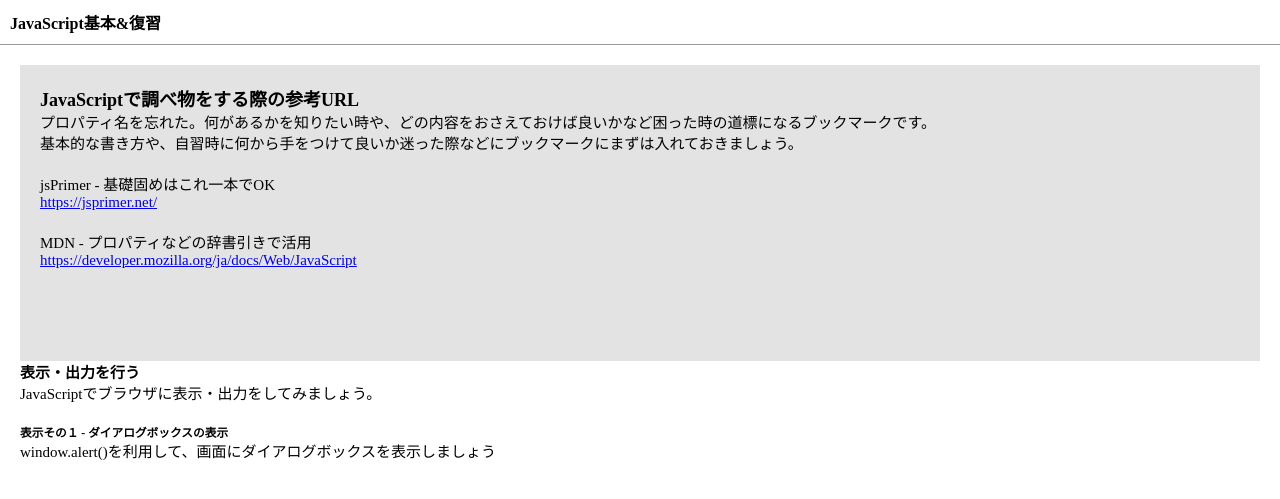
Repository: Yuto-Arakawa/study_js
Page: 01_basic/荒川/ara_basic01.html
An editor plug-in stored every save of this project. The page is shown before and after the next save, followed by the edit.
The browser window is 1280 px wide. The pictures show the whole page.

Above is the page before, as saved 2026-11-06 14:58:54.

After the next save:
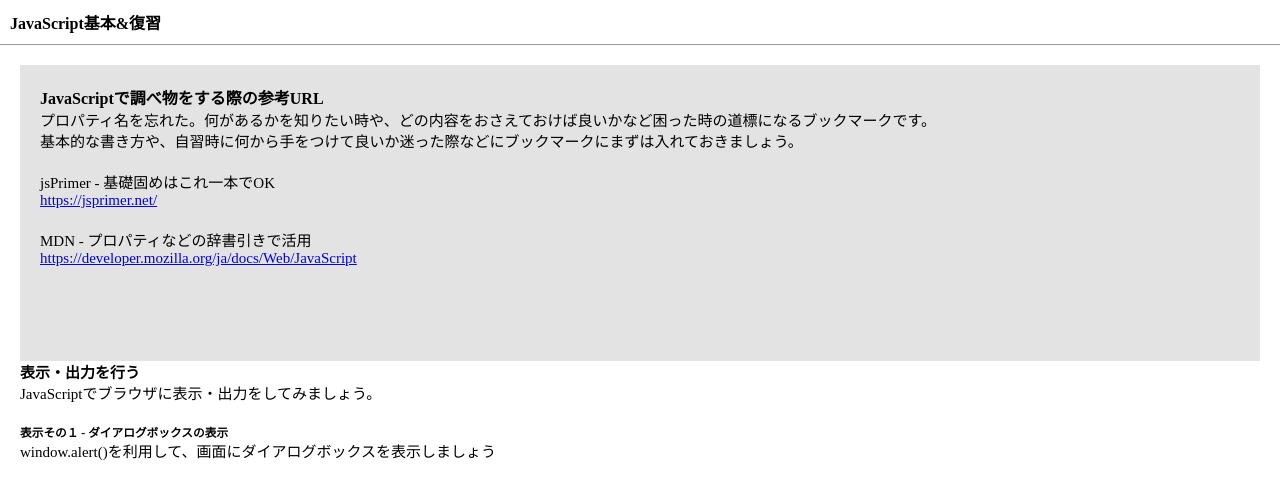
Saved 12 s later.
--- a/01_basic/荒川/css/basic01.css
+++ b/01_basic/荒川/css/basic01.css
@@ -21,6 +21,6 @@ main{
     height: 296px;
     background-color: #e3e3e3;
     h2{
-        font-size: 18px;
+        font-size: 16px;
     }
 }
